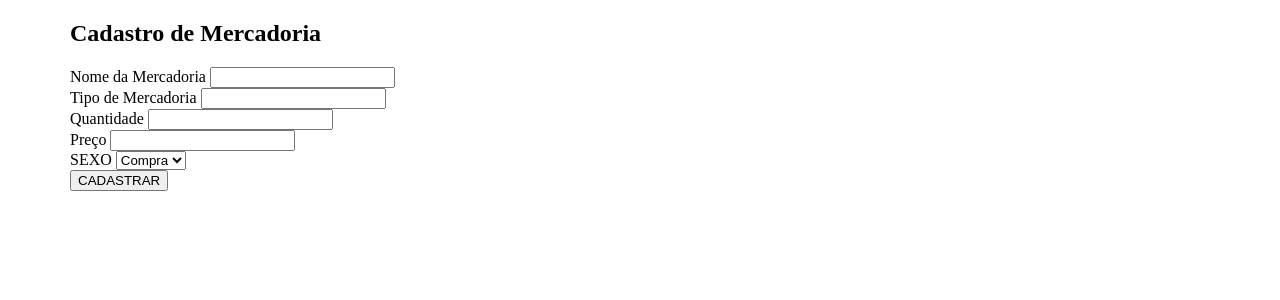
Repository: felipedischer/valemobi
Page: http://localhost/Valemobi/
These files come from the project's save history. The page is drawn as it stood at one moment and after the next save; the edit follows.
The browser window is 1280 px wide. The pictures show the whole page.
The page is served by Tomcat 9.

Above is the page before, as saved 2016-09-28 03:20:13.

After the next save:
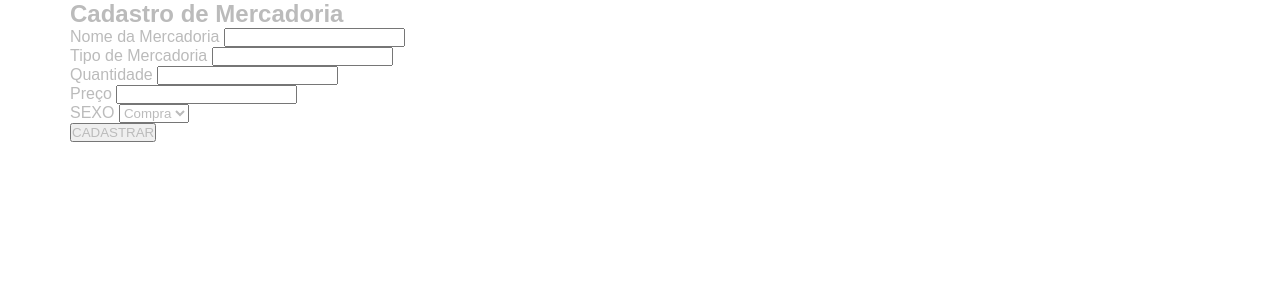
Saved 64 s later.
--- a/Valemobi/WebContent/estilo/css/estilo.css
+++ b/Valemobi/WebContent/estilo/css/estilo.css
@@ -1,4 +1,13 @@
 
+
+*{
+	margin: 0px;
+	padding: 0px;
+	outline: none;
+	font-family: "Arial";
+	color: #bbbbbb;
+	text-decoration: none;
+}
 
 .container{
 	box-sizing: border-box;
@@ -7,3 +16,11 @@
 	padding: 0px 15px;
 	width: 1170px;
 	max-width: 100%;
+
+body{
+	padding-bottom: 40px;
+	background: #202323;
+	width: 100%;
+	height: 100%;
+	position: relative;
+}
